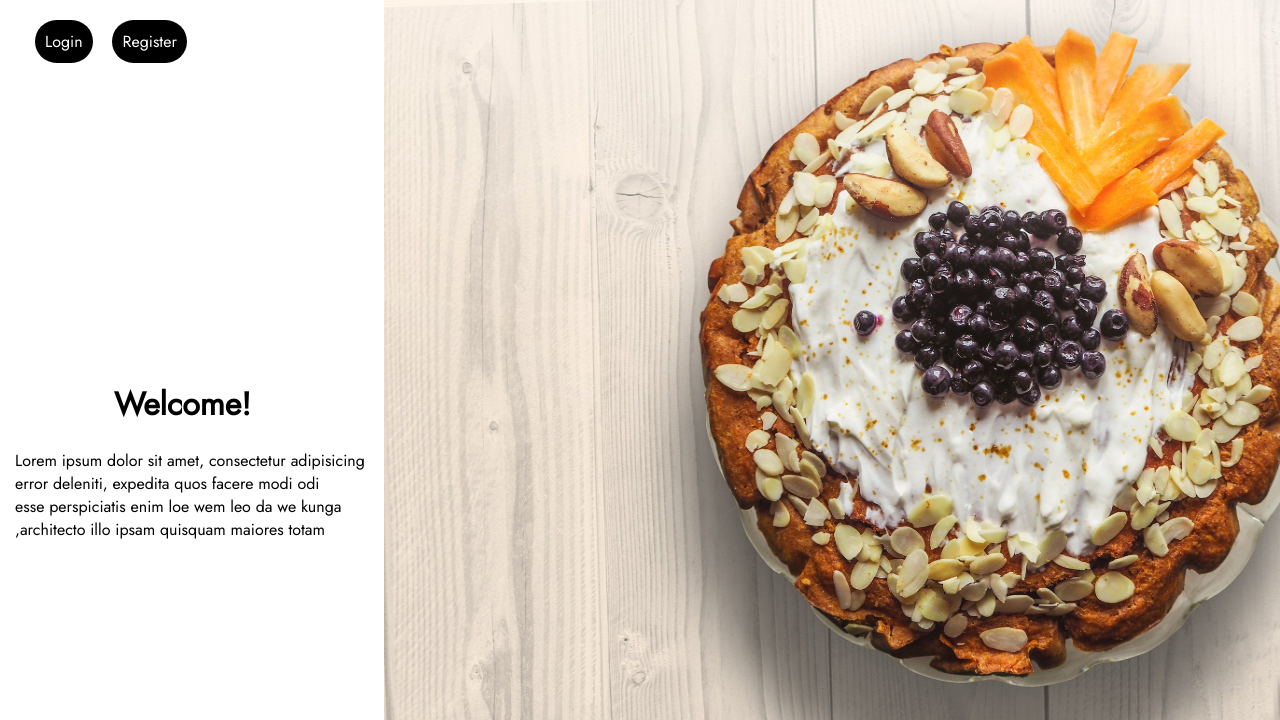
Repository: PatryxB/recipeCook
Page: http://localhost/
The author's editor kept a copy of each file at every save. The page is drawn from the files as they stood at one save, then again after the next save.
The browser window is 1280 px wide. The pictures show the whole page.
The page is served by the project's Laravel application, run on PHP 8.4 with Laravel 8. Style sheets and scripts are compiled from the project's sources, by tool versions that may differ from the author's.

Above is the page before, as saved 2020-05-02 11:29:03.

After the next save:
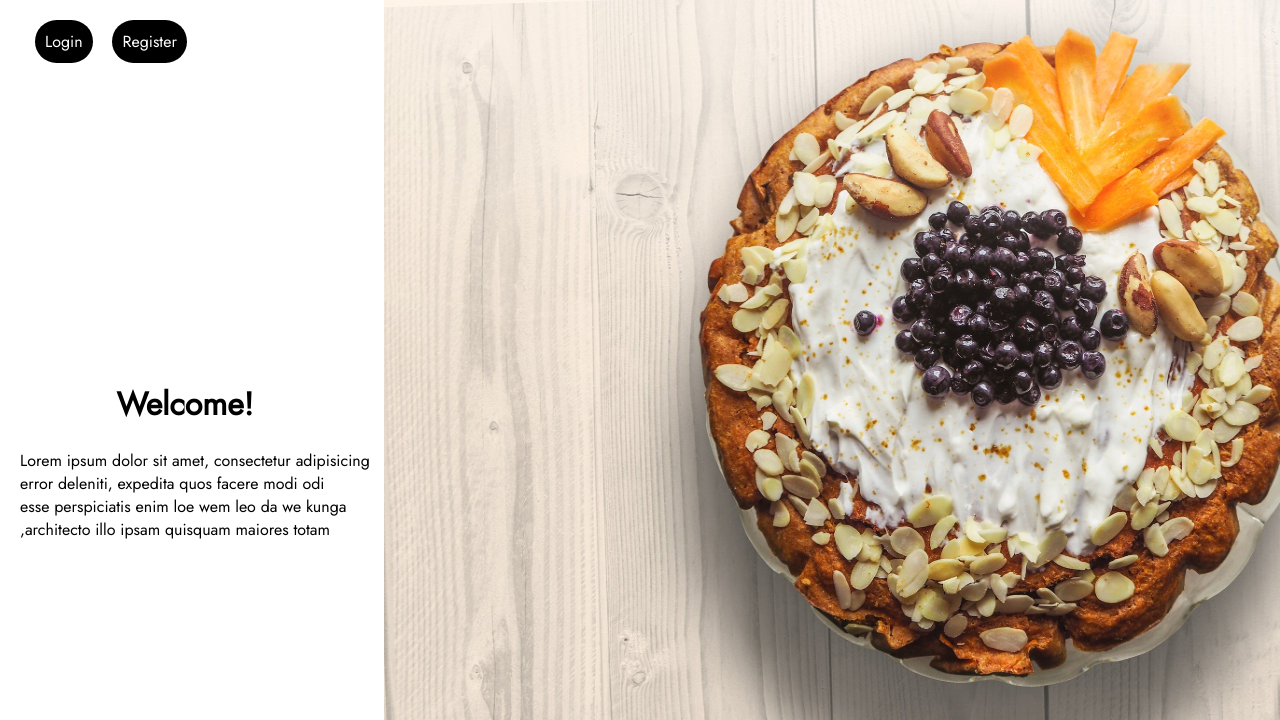
Saved 7 s later.
--- a/resources/views/welcome.blade.php
+++ b/resources/views/welcome.blade.php
@@ -20,7 +20,7 @@
             <div class="info">
                 <div class="text">
                     <h1 style="text-align: center">Welcome!</h1>
-                    <p style="margin-left:15px;">Lorem ipsum dolor sit amet, consectetur adipisicing <br>
+                    <p style="margin-left:20px;">Lorem ipsum dolor sit amet, consectetur adipisicing <br>
                     error deleniti, expedita quos facere modi odi <br>
                     esse perspiciatis enim loe wem leo da we kunga<br>
                     ,architecto illo ipsam quisquam maiores totam </p>
